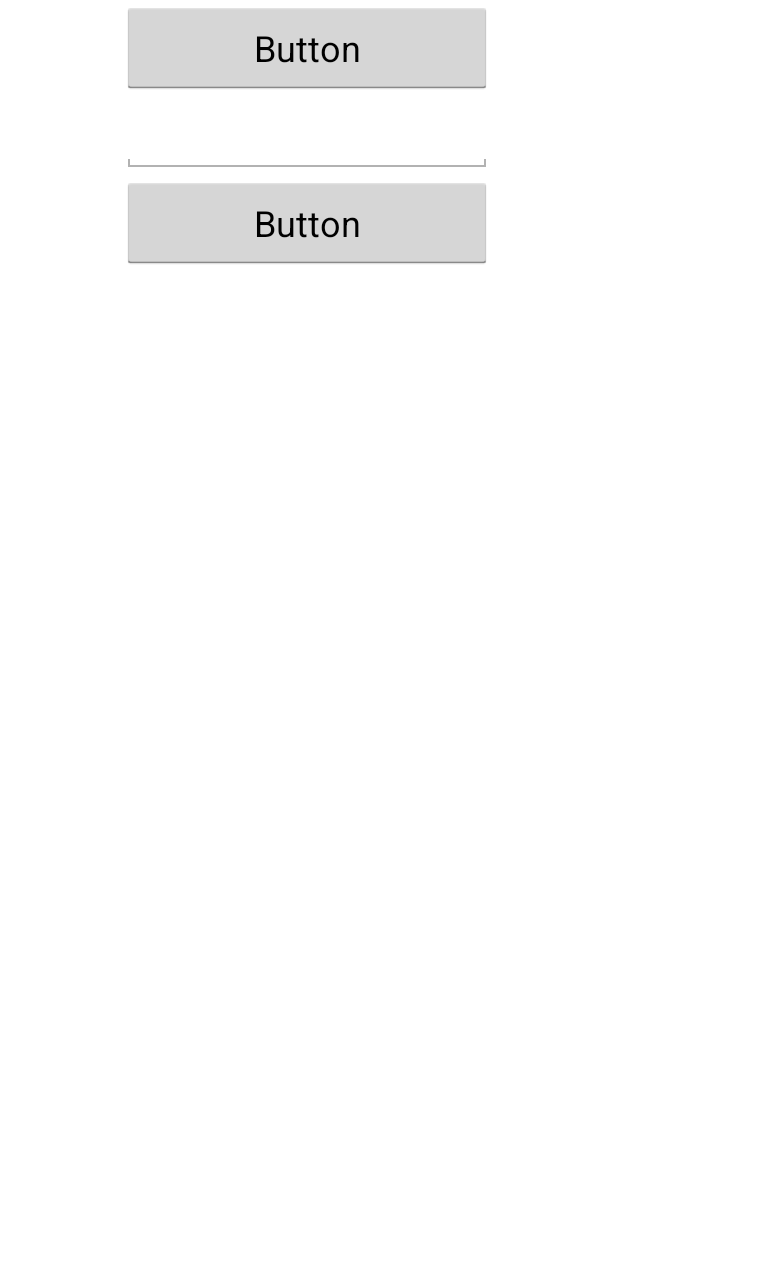
Repository: epson121/forumhr_mobile
Layout: TopicsActivity/res/layout/dialog_go_to_page.xml
These files come from the project's save history. The layout is drawn as it stood at one moment and after the next save; the edit follows.
It is drawn on a 768 x 1280 px phone screen (xhdpi) without system bars, with theme AppTheme; the app's code is not run.

Above is the layout before, as saved 2013-02-21 22:17:07.

After the next save:
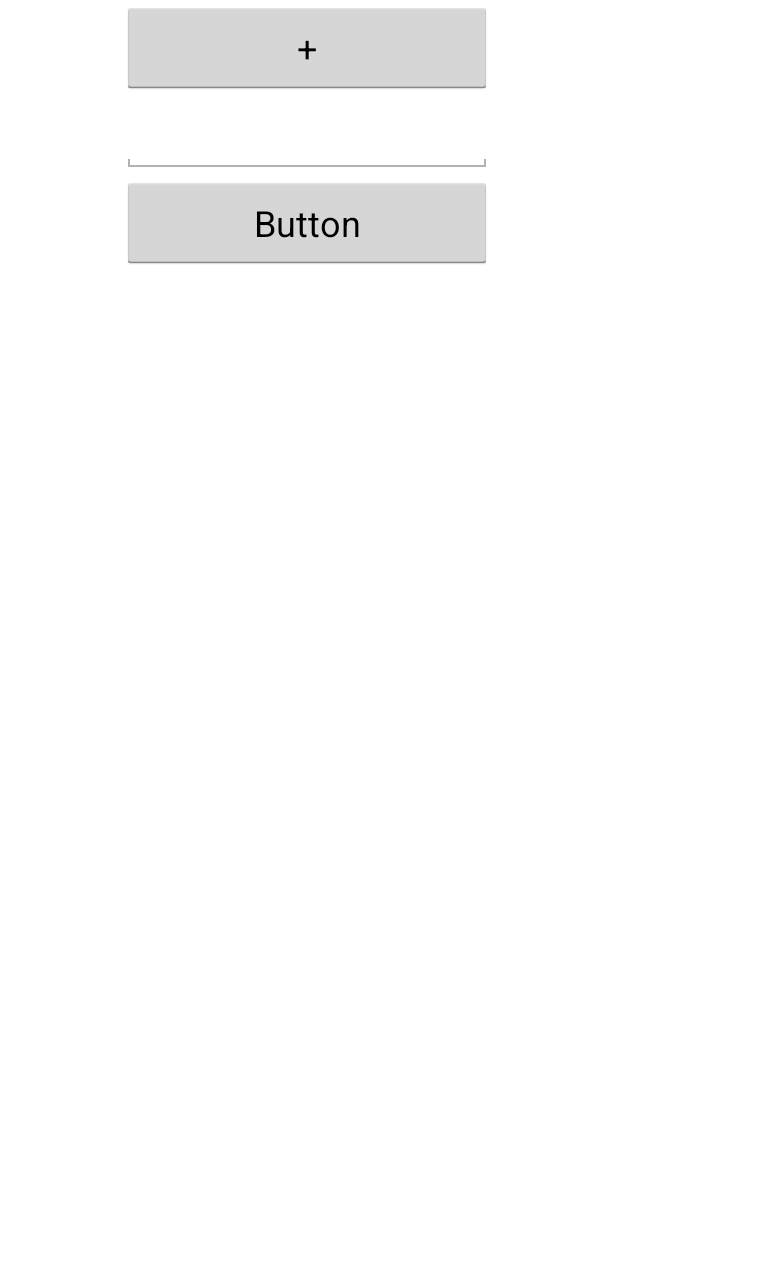
Saved 21 s later.
--- a/TopicsActivity/res/layout/dialog_go_to_page.xml
+++ b/TopicsActivity/res/layout/dialog_go_to_page.xml
@@ -8,7 +8,7 @@
         android:id="@+id/button1"
         android:layout_width="187dp"
         android:layout_height="wrap_content"
-        android:text="Button"
+        android:text="+"
         android:layout_marginLeft="60dip"
          android:layout_marginRight="60dip"
         />
